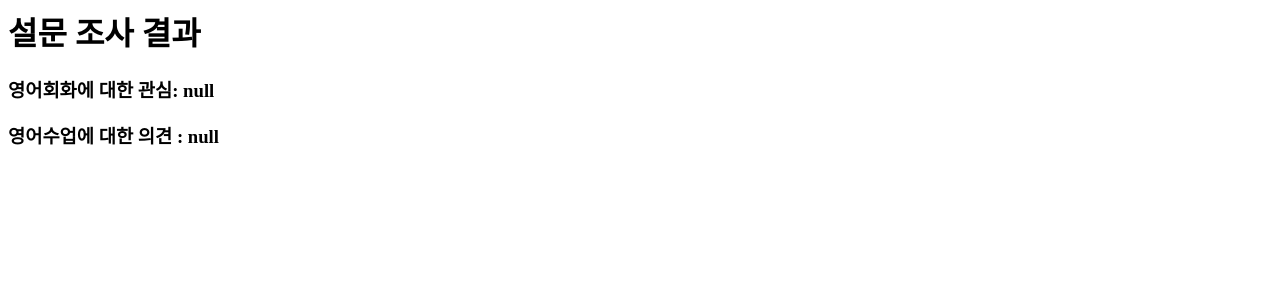
Repository: suhong99/servletLecture
Page: http://localhost/servletHW/Hello
An editor plug-in stored every save of this project. The page is shown before and after the next save, followed by the edit.
The browser window is 1280 px wide. The pictures show the whole page.
The page is served by Tomcat 9.

Above is the page before, as saved 2023-06-27 07:19:25.

After the next save:
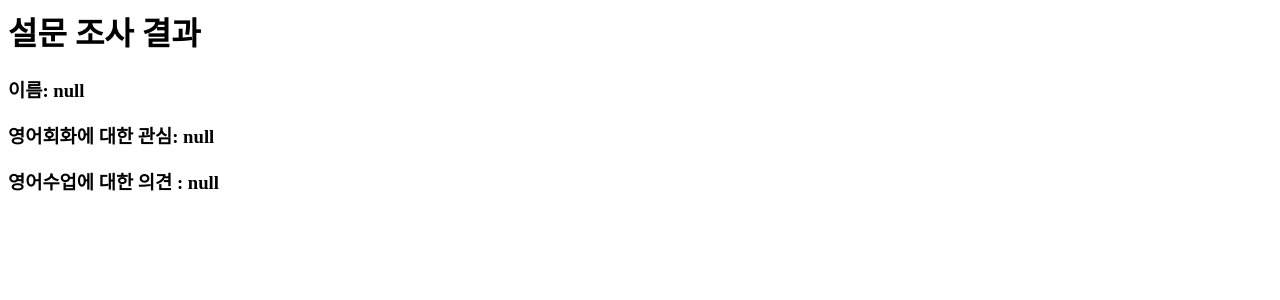
Saved 32 s later.
--- a/servletHW/src/main/java/servletHW/HelloServlet.java
+++ b/servletHW/src/main/java/servletHW/HelloServlet.java
@@ -24,6 +24,7 @@ protected void doProc(HttpServletRequest req, HttpServletResponse resp) throws S
 	//Servlet -> web
 			req.setCharacterEncoding("utf-8");
 			resp.setContentType("text/html; charset=utf-8");
+			String name = req.getParameter("name");
 			String english = req.getParameter("english");
 			String otherLanguage[]=req.getParameterValues("otherLanguage");
 			String opinion = req.getParameter("opinion");
@@ -38,6 +39,7 @@ protected void doProc(HttpServletRequest req, HttpServletResponse resp) throws S
 
 			pw.println("<body>");
 			pw.println("<h1>설문 조사 결과</h1>");
+			pw.println("<h3>이름: "+name+"</h3>");
 
 			pw.println("<h3>영어회화에 대한 관심: "+english+"</h3>");
 			if(otherLanguage!=null) {
